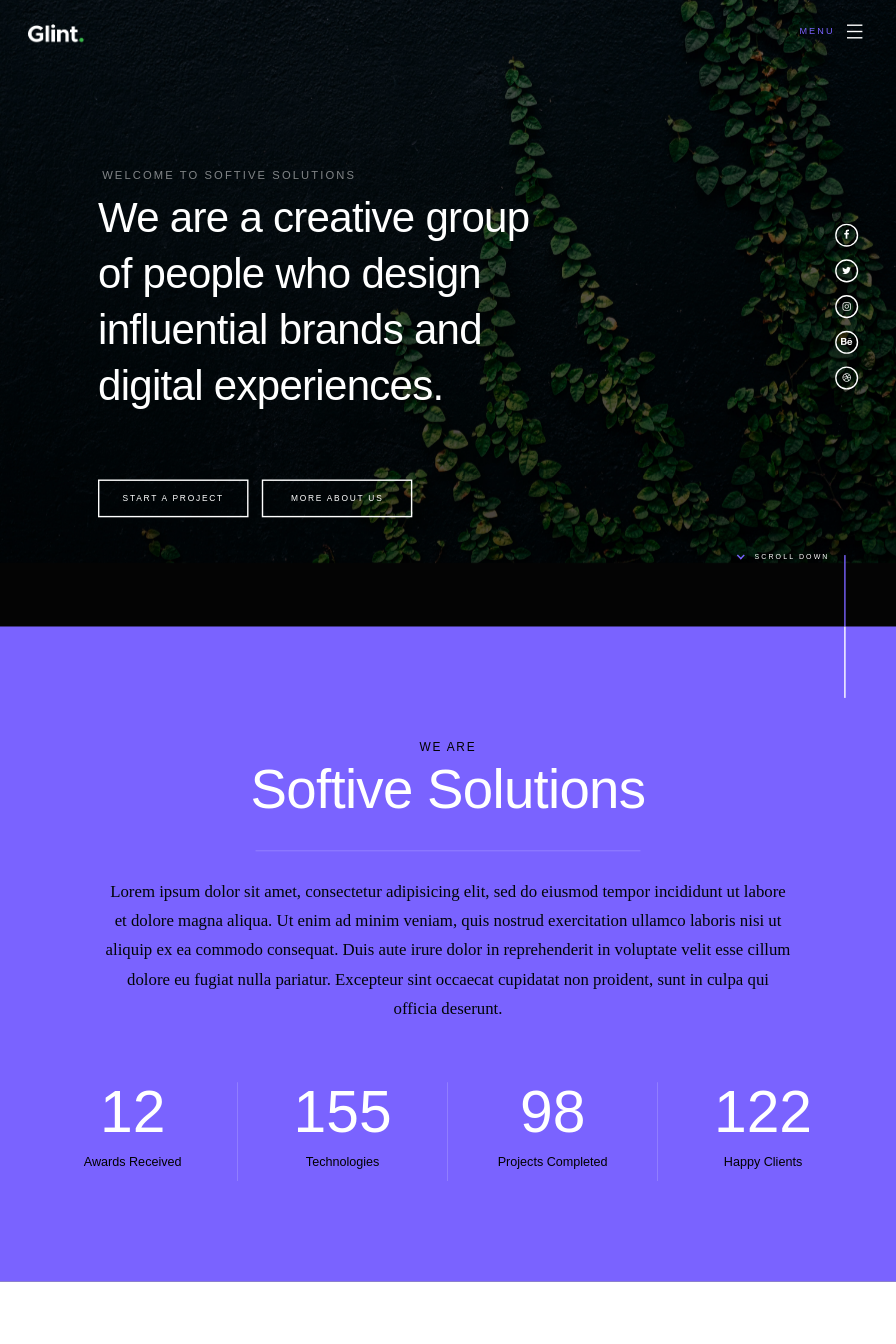
Repository: ahsankalim09/light-Agency
Page: index.html
The author's editor kept a copy of each file at every save. The page is drawn from the files as they stood at one save, then again after the next save.
The browser window is 1280 px wide. The pictures show the part of the page from y = 0 to 1920 px (the page is 8556 px tall before and 8636 px after), at 70% of full size.
Some web fonts or font styles are not loaded; a fallback is used.

Above is the page before, as saved 2020-12-27 19:20:26.

### index.html
<!DOCTYPE html>
<!--[if lt IE 9 ]><html class="no-js oldie" lang="en"> <![endif]-->
<!--[if IE 9 ]><html class="no-js oldie ie9" lang="en"> <![endif]-->
<!--[if (gte IE 9)|!(IE)]><!-->
<html class="no-js" lang="en">
<!--<![endif]-->

<!-- Mirrored from preview.colorlib.com/theme/Softive Solutions/ by HTTrack Website Copier/3.x [XR&CO'2014], Sun, 27 Dec 2020 13:01:51 GMT -->
<head>

<meta charset="utf-8">
<title>Softive Solutions</title>
<meta name="description" content="">
<meta name="author" content="">

<meta name="viewport" content="width=device-width, initial-scale=1">

<link rel="stylesheet" href="css/base.css">
<link rel="stylesheet" href="css/vendor.css">
<link rel="stylesheet" href="css/main.css">

<script src="js/modernizr.js"></script>
<script src="js/pace.min.js"></script>

<link rel="shortcut icon" href="favicon.ico" type="image/x-icon">
<link rel="icon" href="favicon.ico" type="image/x-icon">
</head>
<body id="top">

<header class="s-header">
<div class="header-logo">
<a class="site-logo" href="index-2.html">
<img src="images/logo.png" alt="Homepage">
</a>
</div>
<nav class="header-nav">
<a href="#0" class="header-nav__close" title="close"><span>Close</span></a>
<div class="header-nav__content">
<h3>Navigation</h3>
<ul class="header-nav__list">
<li class="current"><a class="smoothscroll" href="#home" title="home">Home</a></li>
<li><a class="smoothscroll" href="#about" title="about">About</a></li>
<li><a class="smoothscroll" href="#services" title="services">Services</a></li>
<li><a class="smoothscroll" href="#works" title="works">Works</a></li>
<li><a class="smoothscroll" href="#clients" title="clients">Clients</a></li>
<li><a class="smoothscroll" href="#contact" title="contact">Contact</a></li>
</ul>
<p>Perspiciatis hic praesentium nesciunt. Et neque a dolorum <a href='#0'>voluptatem</a> porro iusto sequi veritatis libero enim. Iusto id suscipit veritatis neque reprehenderit.</p>
<ul class="header-nav__social">
<li>
<a href="#"><i class="fa fa-facebook"></i></a>
</li>
<li>
<a href="#"><i class="fa fa-twitter"></i></a>
</li>
<li>
<a href="#"><i class="fa fa-instagram"></i></a>
</li>
<li>
<a href="#"><i class="fa fa-behance"></i></a>
</li>
<li>
<a href="#"><i class="fa fa-dribbble"></i></a>
</li>
</ul>
</div>
</nav>
<a class="header-menu-toggle" href="#0">
<span class="header-menu-text">Menu</span>
<span class="header-menu-icon"></span>
</a>
</header>

<section id="home" class="s-home target-section" data-parallax="scroll" data-image-src="images/hero-bg.jpg" data-natural-width=3000 data-natural-height=2000 data-position-y=center>
<div class="overlay"></div>
<div class="shadow-overlay"></div>
<div class="home-content">
<div class="row home-content__main">
<h3>Welcome to Softive Solutions</h3>
<h1>
We are a creative group <br>
of people who design <br>
influential brands and <br>
digital experiences.
</h1>
<div class="home-content__buttons">
<a href="#contact" class="smoothscroll btn btn--stroke">
Start a Project
</a>
<a href="#about" class="smoothscroll btn btn--stroke">
More About Us
</a>
</div>
</div>
<div class="home-content__scroll">
<a href="#about" class="scroll-link smoothscroll">
<span>Scroll Down</span>
</a>
</div>
<div class="home-content__line"></div>
</div>
<ul class="home-social">
<li>
<a href="#0"><i class="fa fa-facebook" aria-hidden="true"></i><span>Facebook</span></a>
</li>
<li>
<a href="#0"><i class="fa fa-twitter" aria-hidden="true"></i><span>Twiiter</span></a>
</li>
<li>
<a href="#0"><i class="fa fa-instagram" aria-hidden="true"></i><span>Instagram</span></a>
</li>
<li>
<a href="#0"><i class="fa fa-behance" aria-hidden="true"></i><span>Behance</span></a>
</li>
<li>
<a href="#0"><i class="fa fa-dribbble" aria-hidden="true"></i><span>Dribbble</span></a>
</li>
</ul>

</section>

<section id='about' class="s-about">
<div class="row section-header has-bottom-sep" data-aos="fade-up">
<div class="col-full">
<h3 class="subhead subhead--dark">We Are</h3>
<h1 class="display-1 display-1--light">Softive Solutions</h1>
</div>
</div>
<div class="row about-desc" data-aos="fade-up">
<div class="col-full">
<p>
Lorem ipsum dolor sit amet, consectetur adipisicing elit, sed do eiusmod tempor incididunt ut labore et dolore magna aliqua. Ut enim ad minim veniam, quis nostrud exercitation ullamco laboris nisi ut aliquip ex ea commodo consequat. Duis aute irure dolor in reprehenderit in voluptate velit esse cillum dolore eu fugiat nulla pariatur. Excepteur sint occaecat cupidatat non proident, sunt in culpa qui officia deserunt.
</p>
</div>
</div>
<div class="row about-stats stats block-1-4 block-m-1-2 block-mob-full" data-aos="fade-up">
<div class="col-block stats__col ">
<div class="stats__count">12</div>
<h5>Awards Received</h5>
</div>
<div class="col-block stats__col">
<div class="stats__count">155</div>
<h5>Technologies</h5>
</div>
<div class="col-block stats__col">
<div class="stats__count">98</div>
<h5>Projects Completed</h5>
</div>
<div class="col-block stats__col">
<div class="stats__count">122</div>
<h5>Happy Clients</h5>
</div>
</div>
<div class="about__line"></div>
</section>

<section id='services' class="s-services">
<div class="row section-header has-bottom-sep" data-aos="fade-up">
<div class="col-full">
<h3 class="subhead">What We Do</h3>
<h1 class="display-2">We’ve got everything you need to launch and grow your business</h1>
</div>
</div>
<div class="row services-list block-1-2 block-tab-full">
<div class="col-block service-item" data-aos="fade-up">
<div class="service-icon">
<i class="icon-paint-brush"></i>
</div>
<div class="service-text">
<h3 class="h2">Brand Identity</h3>
<p>Nemo cupiditate ab quibusdam quaerat impedit magni. Earum suscipit ipsum laudantium.
Quo delectus est. Maiores voluptas ab sit natus veritatis ut. Debitis nulla cumque veritatis.
Sunt suscipit voluptas ipsa in tempora esse soluta sint.
</p>
</div>
</div>
<div class="col-block service-item" data-aos="fade-up">
<div class="service-icon">
<i class="icon-group"></i>
</div>
<div class="service-text">
<h3 class="h2">Illustration</h3>
<p>Nemo cupiditate ab quibusdam quaerat impedit magni. Earum suscipit ipsum laudantium.
Quo delectus est. Maiores voluptas ab sit natus veritatis ut. Debitis nulla cumque veritatis.
Sunt suscipit voluptas ipsa in tempora esse soluta sint.
</p>
</div>
</div>
<div class="col-block service-item" data-aos="fade-up">
<div class="service-icon">
<i class="icon-megaphone"></i>
</div>
<div class="service-text">
<h3 class="h2">Marketing</h3>
<p>Nemo cupiditate ab quibusdam quaerat impedit magni. Earum suscipit ipsum laudantium.
Quo delectus est. Maiores voluptas ab sit natus veritatis ut. Debitis nulla cumque veritatis.
Sunt suscipit voluptas ipsa in tempora esse soluta sint.
</p>
</div>
</div>
<div class="col-block service-item" data-aos="fade-up">
<div class="service-icon">
<i class="icon-earth"></i>
</div>
<div class="service-text">
<h3 class="h2">Web Design</h3>
<p>Nemo cupiditate ab quibusdam quaerat impedit magni. Earum suscipit ipsum laudantium.
Quo delectus est. Maiores voluptas ab sit natus veritatis ut. Debitis nulla cumque veritatis.
Sunt suscipit voluptas ipsa in tempora esse soluta sint.
</p>
</div>
</div>
<div class="col-block service-item" data-aos="fade-up">
<div class="service-icon">
<i class="icon-cube"></i>
</div>
<div class="service-text">
<h3 class="h2">Packaging Design</h3>
<p>Nemo cupiditate ab quibusdam quaerat impedit magni. Earum suscipit ipsum laudantium.
Quo delectus est. Maiores voluptas ab sit natus veritatis ut. Debitis nulla cumque veritatis.
Sunt suscipit voluptas ipsa in tempora esse soluta sint.
</p>
</div>
</div>
<div class="col-block service-item" data-aos="fade-up">
<div class="service-icon"><i class="icon-lego-block"></i></div>
<div class="service-text">
<h3 class="h2">Web Development</h3>
<p>Nemo cupiditate ab quibusdam quaerat impedit magni. Earum suscipit ipsum laudantium.
Quo delectus est. Maiores voluptas ab sit natus veritatis ut. Debitis nulla cumque veritatis.
Sunt suscipit voluptas ipsa in tempora esse soluta sint.
</p>
</div>
</div>
</div>
</section>

<section id='works' class="s-works">
<div class="intro-wrap">
<div class="row section-header has-bottom-sep light-sep" data-aos="fade-up">
<div class="col-full">
<h3 class="subhead">Recent Works</h3>
<h1 class="display-2 display-2--light">We love what we do, check out some of our latest works</h1>
</div>
</div>
</div>
<div class="row works-content">
<div class="col-full masonry-wrap">
<div class="masonry">
<div class="masonry__brick" data-aos="fade-up">
<div class="item-folio">
<div class="item-folio__thumb">
<a href="images/portfolio/gallery/g-shutterbug.jpg" class="thumb-link" title="Shutterbug" data-size="1050x700">
<img src="images/portfolio/lady-shutterbug.jpg" srcset="images/portfolio/lady-shutterbug.jpg 1x, images/portfolio/lady-shutterbug@2x.jpg 2x" alt="">
</a>
</div>
<div class="item-folio__text">
<h3 class="item-folio__title">
Shutterbug
</h3>
<p class="item-folio__cat">
Branding
</p>
</div>
<a href="https://www.behance.net/" class="item-folio__project-link" title="Project link">
<i class="icon-link"></i>
</a>
<div class="item-folio__caption">
<p>Vero molestiae sed aut natus excepturi. Et tempora numquam. Temporibus iusto quo.Unde dolorem corrupti neque nisi.</p>
</div>
</div>
</div>
<div class="masonry__brick" data-aos="fade-up">
<div class="item-folio">
<div class="item-folio__thumb">
<a href="images/portfolio/gallery/g-woodcraft.jpg" class="thumb-link" title="Woodcraft" data-size="1050x700">
<img src="images/portfolio/woodcraft.jpg" srcset="images/portfolio/woodcraft.jpg 1x, images/portfolio/woodcraft@2x.jpg 2x" alt="">
</a>
</div>
<div class="item-folio__text">
<h3 class="item-folio__title">
Woodcraft
</h3>
<p class="item-folio__cat">
Web Design
</p>
</div>
<a href="https://www.behance.net/" class="item-folio__project-link" title="Project link">
<i class="icon-link"></i>
</a>
<div class="item-folio__caption">
<p>Vero molestiae sed aut natus excepturi. Et tempora numquam. Temporibus iusto quo.Unde dolorem corrupti neque nisi.</p>
</div>
</div>
</div>
<div class="masonry__brick" data-aos="fade-up">
<div class="item-folio">
<div class="item-folio__thumb">
<a href="images/portfolio/gallery/g-beetle.jpg" class="thumb-link" title="The Beetle Car" data-size="1050x700">
<img src="images/portfolio/the-beetle.jpg" srcset="images/portfolio/the-beetle.jpg 1x, images/portfolio/the-beetle@2x.jpg 2x" alt="">
</a>
</div>
<div class="item-folio__text">
<h3 class="item-folio__title">
The Beetle
</h3>
<p class="item-folio__cat">
Web Development
</p>
</div>
<a href="https://www.behance.net/" class="item-folio__project-link" title="Project link">
<i class="icon-link"></i>
</a>
<div class="item-folio__caption">
<p>Vero molestiae sed aut natus excepturi. Et tempora numquam. Temporibus iusto quo.Unde dolorem corrupti neque nisi.</p>
</div>
</div>
</div>
<div class="masonry__brick" data-aos="fade-up">
<div class="item-folio">
<div class="item-folio__thumb">
<a href="images/portfolio/gallery/g-grow-green.jpg" class="thumb-link" title="Grow Green" data-size="1050x700">
<img src="images/portfolio/grow-green.jpg" srcset="images/portfolio/grow-green.jpg 1x, images/portfolio/grow-green@2x.jpg 2x" alt="">
</a>
</div>
<div class="item-folio__text">
<h3 class="item-folio__title">
Grow Green
</h3>
<p class="item-folio__cat">
Branding
</p>
</div>
<a href="https://www.behance.net/" class="item-folio__project-link" title="Project link">
<i class="icon-link"></i>
</a>
<div class="item-folio__caption">
<p>Vero molestiae sed aut natus excepturi. Et tempora numquam. Temporibus iusto quo.Unde dolorem corrupti neque nisi.</p>
</div>
</div>
</div>
<div class="masonry__brick" data-aos="fade-up">
<div class="item-folio">
<div class="item-folio__thumb">
<a href="images/portfolio/gallery/g-guitarist.jpg" class="thumb-link" title="Guitarist" data-size="1050x700">
<img src="images/portfolio/guitarist.jpg" srcset="images/portfolio/guitarist.jpg 1x, images/portfolio/guitarist@2x.jpg 2x" alt="">
</a>
</div>
<div class="item-folio__text">
<h3 class="item-folio__title">
Guitarist
</h3>
<p class="item-folio__cat">
Web Design
</p>
</div>
<a href="https://www.behance.net/" class="item-folio__project-link" title="Project link">
<i class="icon-link"></i>
</a>
<div class="item-folio__caption">
<p>Vero molestiae sed aut natus excepturi. Et tempora numquam. Temporibus iusto quo.Unde dolorem corrupti neque nisi.</p>
</div>
</div>
</div>
<div class="masonry__brick" data-aos="fade-up">
<div class="item-folio">
<div class="item-folio__thumb">
<a href="images/portfolio/gallery/g-palmeira.jpg" class="thumb-link" title="Palmeira" data-size="1050x700">
<img src="images/portfolio/palmeira.jpg" srcset="images/portfolio/palmeira.jpg 1x, images/portfolio/palmeira@2x.jpg 2x" alt="">
 </a>
</div>
<div class="item-folio__text">
<h3 class="item-folio__title">
Palmeira
</h3>
<p class="item-folio__cat">
Web Design
</p>
</div>
<a href="https://www.behance.net/" class="item-folio__project-link" title="Project link">
<i class="icon-link"></i>
</a>
<div class="item-folio__caption">
<p>Vero molestiae sed aut natus excepturi. Et tempora numquam. Temporibus iusto quo.Unde dolorem corrupti neque nisi.</p>
</div>
</div>
</div>
</div>
</div>
</div>
</section>

<section id="clients" class="s-clients">
<div class="row section-header" data-aos="fade-up">
<div class="col-full">
<h3 class="subhead">Our Clients</h3>
<h1 class="display-2">Softive Solutions has been honored to
partner up with these clients</h1>
</div>
</div>
<div class="row clients-outer" data-aos="fade-up">
<div class="col-full">
<div class="clients">
<a href="#0" title="" class="clients__slide"><img src="images/clients/apple.png" /></a>
<a href="#0" title="" class="clients__slide"><img src="images/clients/atom.png" /></a>
<a href="#0" title="" class="clients__slide"><img src="images/clients/blackberry.png" /></a>
<a href="#0" title="" class="clients__slide"><img src="images/clients/dropbox.png" /></a>
<a href="#0" title="" class="clients__slide"><img src="images/clients/envato.png" /></a>
<a href="#0" title="" class="clients__slide"><img src="images/clients/firefox.png" /></a>
<a href="#0" title="" class="clients__slide"><img src="images/clients/joomla.png" /></a>
<a href="#0" title="" class="clients__slide"><img src="images/clients/magento.png" /></a>
</div>
</div>
</div>
<div class="row clients-testimonials" data-aos="fade-up">
<div class="col-full">
<div class="testimonials">
<div class="testimonials__slide">
<p>Qui ipsam temporibus quisquam vel. Maiores eos cumque distinctio nam accusantium ipsum.
Laudantium quia consequatur molestias delectus culpa facere hic dolores aperiam. Accusantium quos qui praesentium corpori.
Excepturi nam cupiditate culpa doloremque deleniti repellat.</p>
<img src="images/avatars/user-01.jpg" alt="Author image" class="testimonials__avatar">
<div class="testimonials__info">
<span class="testimonials__name">Tim Cook</span>
<span class="testimonials__pos">CEO, Apple</span>
</div>
</div>
<div class="testimonials__slide">
<p>Excepturi nam cupiditate culpa doloremque deleniti repellat. Veniam quos repellat voluptas animi adipisci.
Nisi eaque consequatur. Quasi voluptas eius distinctio. Atque eos maxime. Qui ipsam temporibus quisquam vel.</p>
<img src="images/avatars/user-05.jpg" alt="Author image" class="testimonials__avatar">
<div class="testimonials__info">
<span class="testimonials__name">Sundar Pichai</span>
<span class="testimonials__pos">CEO, Google</span>
</div>
</div>
<div class="testimonials__slide">
<p>Repellat dignissimos libero. Qui sed at corrupti expedita voluptas odit. Nihil ea quia nesciunt. Ducimus aut sed ipsam.
Autem eaque officia cum exercitationem sunt voluptatum accusamus. Quasi voluptas eius distinctio.</p>
<img src="images/avatars/user-02.jpg" alt="Author image" class="testimonials__avatar">
<div class="testimonials__info">
<span class="testimonials__name">Satya Nadella</span>
<span class="testimonials__pos">CEO, Microsoft</span>
</div>
</div>
</div>
</div>
</div>
</section>

<section id="contact" class="s-contact">
<div class="overlay"></div>
<div class="contact__line"></div>
<div class="row section-header" data-aos="fade-up">
<div class="col-full">
<h3 class="subhead">Contact Us</h3>
<h1 class="display-2 display-2--light">Reach out for a new project or just say hello</h1>
</div>
</div>
<div class="row contact-content" data-aos="fade-up">
<div class="contact-primary">
<h3 class="h6">Send Us A Message</h3>
<form name="contactForm" id="contactForm" method="post" action="#" novalidate="novalidate">
<fieldset>
<div class="form-field">
<input name="contactName" type="text" id="contactName" placeholder="Your Name" value="" minlength="2" required="" aria-required="true" class="full-width">
</div>
<div class="form-field">
<input name="contactEmail" type="email" id="contactEmail" placeholder="Your Email" value="" required="" aria-required="true" class="full-width">
</div>
<div class="form-field">
<input name="contactSubject" type="text" id="contactSubject" placeholder="Subject" value="" class="full-width">
</div>
<div class="form-field">
<textarea name="contactMessage" id="contactMessage" placeholder="Your Message" rows="10" cols="50" required="" aria-required="true" class="full-width"></textarea>
</div>
<div class="form-field">
<button class="full-width btn--primary">Submit</button>
<div class="submit-loader">
<div class="text-loader">Sending...</div>
<div class="s-loader">
<div class="bounce1"></div>
<div class="bounce2"></div>
<div class="bounce3"></div>
</div>
</div>
</div>
</fieldset>
</form>

<div class="message-warning">
Something went wrong. Please try again.
</div>

 <div class="message-success">
Your message was sent, thank you!<br>
</div>
</div>
<div class="contact-secondary">
<div class="contact-info">
<h3 class="h6 hide-on-fullwidth">Contact Info</h3>
<div class="cinfo">
<h5>Where to Find Us</h5>
<p>
1600 Amphitheatre Parkway<br>
Mountain View, CA<br>
94043 US
</p>
</div>
<div class="cinfo">
<h5>Email Us At</h5>
<p>
<a href="https://preview.colorlib.com/cdn-cgi/l/email-protection" class="__cf_email__" data-cfemail="15767a7b617476615572797c7b61667c61703b767a78">[email&#160;protected]</a><br>
<a href="https://preview.colorlib.com/cdn-cgi/l/email-protection" class="__cf_email__" data-cfemail="4e272028210e292227203a3d273a2b602d2123">[email&#160;protected]</a>
</p>
</div>
<div class="cinfo">
<h5>Call Us At</h5>
<p>
Phone: (+63) 555 1212<br>
Mobile: (+63) 555 0100<br>
Fax: (+63) 555 0101
</p>
</div>
<ul class="contact-social">
<li>
<a href="#"><i class="fa fa-facebook" aria-hidden="true"></i></a>
</li>
<li>
<a href="#"><i class="fa fa-twitter" aria-hidden="true"></i></a>
</li>
<li>
<a href="#"><i class="fa fa-instagram" aria-hidden="true"></i></a>
</li>
<li>
<a href="#"><i class="fa fa-behance" aria-hidden="true"></i></a>
</li>
<li>
<a href="#"><i class="fa fa-dribbble" aria-hidden="true"></i></a>
</li>
</ul>
</div>
</div>
</div>
</section>

<footer>
<div class="row footer-main">
<div class="col-six tab-full left footer-desc">
<div class="footer-logo"></div>
Proin eget tortor risus. Mauris blandit aliquet elit, eget tincidunt nibh pulvinar a. Praesent sapien massa, convallis a pellentesque nec, egestas non nisi. Mauris blandit aliquet elit, eget tincidunt nibh pulvinar a. Nulla porttitor accumsan tincidunt. Nulla porttitor accumsan tincidunt. Quaerat voluptas autem necessitatibus vitae aut.
</div>
<div class="col-six tab-full right footer-subscribe">
<h4>Get Notified</h4>
<p>Quia quo qui sed odit. Quaerat voluptas autem necessitatibus vitae aut non alias sed quia. Ut itaque enim optio ut excepturi deserunt iusto porro.</p>
<div class="subscribe-form">
<form id="mc-form" class="group" novalidate="true">
<input type="email" value="" name="EMAIL" class="email" id="mc-email" placeholder="Email Address" required="">
<input type="submit" name="subscribe" value="Subscribe">
<label for="mc-email" class="subscribe-message"></label>
</form>
</div>
</div>
</div>
<div class="row footer-bottom">
<div class="col-twelve">
<div class="copyright">
<span>© Copyright Softive Solutions 2021</span>
</div>
<div class="go-top">
<a class="smoothscroll" title="Back to Top" href="#top"><i class="icon-arrow-up" aria-hidden="true"></i></a>
</div>
</div>
</div>
</footer>

<div aria-hidden="true" class="pswp" role="dialog" tabindex="-1">
<div class="pswp__bg"></div>
<div class="pswp__scroll-wrap">
<div class="pswp__container">
<div class="pswp__item"></div>
<div class="pswp__item"></div>
<div class="pswp__item"></div>
</div>
<div class="pswp__ui pswp__ui--hidden">
<div class="pswp__top-bar">
<div class="pswp__counter"></div><button class="pswp__button pswp__button--close" title="Close (Esc)"></button> <button class="pswp__button pswp__button--share" title="Share"></button> <button class="pswp__button pswp__button--fs" title="Toggle fullscreen"></button> <button class="pswp__button pswp__button--zoom" title="Zoom in/out"></button>
<div class="pswp__preloader">
<div class="pswp__preloader__icn">
<div class="pswp__preloader__cut">
<div class="pswp__preloader__donut"></div>
</div>
</div>
</div>
</div>
<div class="pswp__share-modal pswp__share-modal--hidden pswp__single-tap">
<div class="pswp__share-tooltip"></div>
</div><button class="pswp__button pswp__button--arrow--left" title="Previous (arrow left)"></button> <button class="pswp__button pswp__button--arrow--right" title="Next (arrow right)"></button>
<div class="pswp__caption">
<div class="pswp__caption__center"></div>
</div>
</div>
</div>
</div>

<div id="preloader">
<div id="loader">
<div class="line-scale-pulse-out">
<div></div>
<div></div>
<div></div>
<div></div>
<div></div>
</div>
</div>
</div>

<script data-cfasync="false" src="../../cdn-cgi/scripts/5c5dd728/cloudflare-static/email-decode.min.js"></script><script src="js/jquery-3.2.1.min.js"></script>
<script src="js/plugins.js"></script>
<script src="js/main.js"></script>
</body>

<!-- Mirrored from preview.colorlib.com/theme/Softive Solutions/ by HTTrack Website Copier/3.x [XR&CO'2014], Sun, 27 Dec 2020 13:02:02 GMT -->
</html>

Loaded but not shown: css/base.css (library); css/vendor.css (library); js/modernizr.js (library); js/pace.min.js (library); css/font-awesome/css/font-awesome.min.css (library); css/micons/micons.css (library); js/jquery-3.2.1.min.js (library); js/plugins.js (library); js/main.js (library); css/main.css (2964 lines, source omitted)

After the next save:
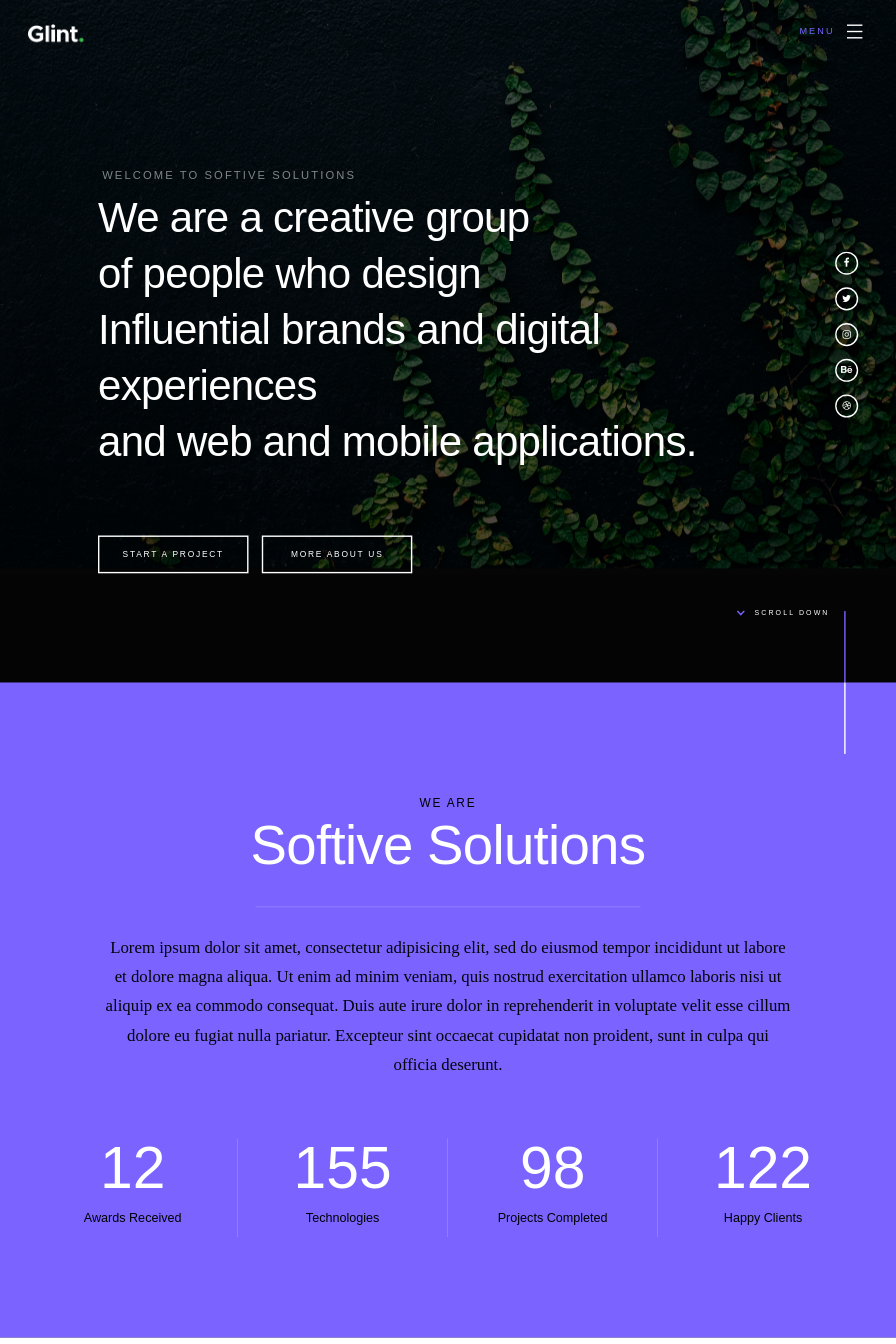
Saved 108 s later.
--- a/index.html
+++ b/index.html
@@ -80,8 +80,8 @@
 <h1>
 We are a creative group <br>
 of people who design <br>
-influential brands and <br>
-digital experiences.
+Influential brands and digital experiences <br>
+and web and mobile applications.
 </h1>
 <div class="home-content__buttons">
 <a href="#contact" class="smoothscroll btn btn--stroke">
